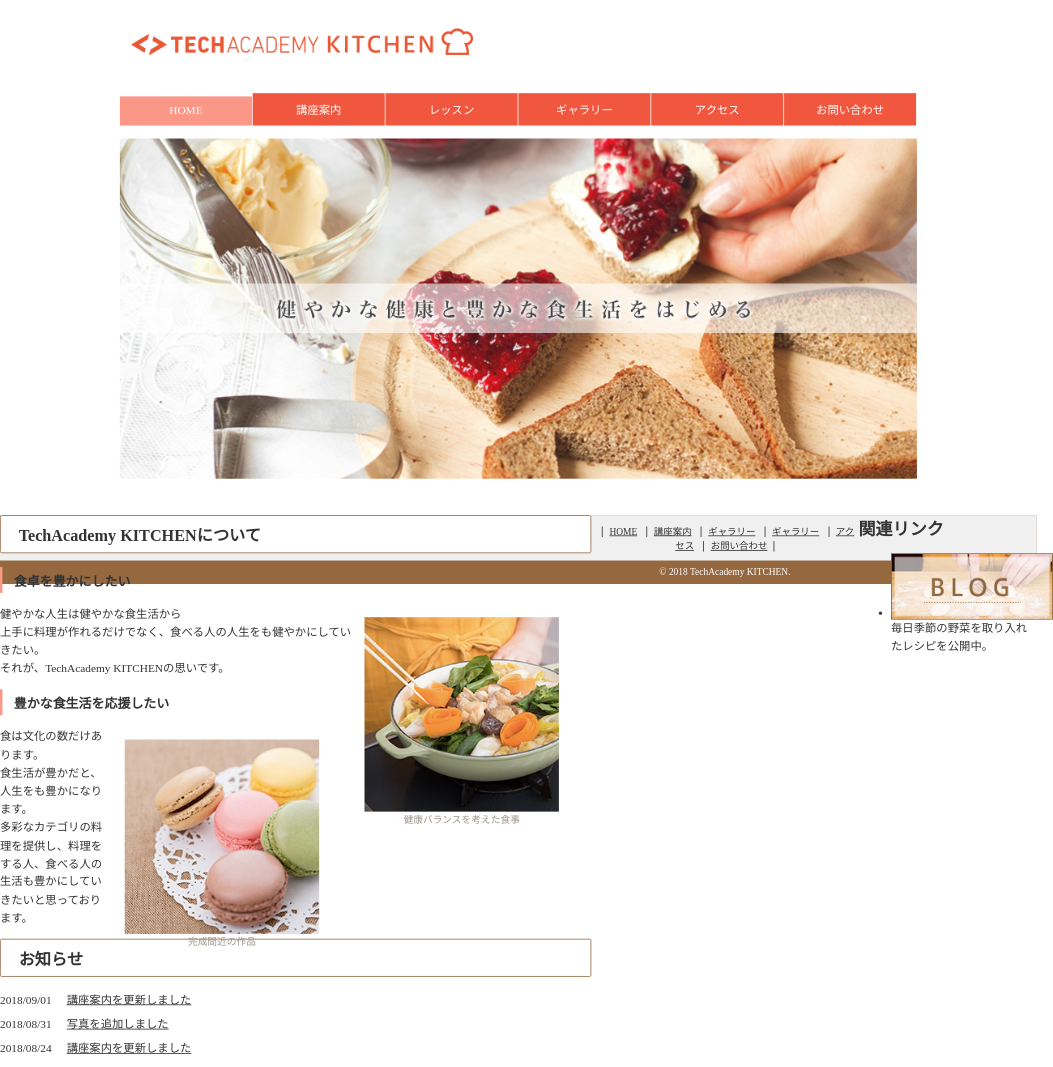
Repository: TS1234567/message-board2
Page: kitchen.html
The author's editor kept a record of every edit. The page is drawn from the files as they stood at one moment, then again after the next edit.
The browser window is 1280 px wide. The page is 1300 px wide, so the pictures cover 1300 px, including what lies to the right of the window. The pictures show the whole page, at 81% of full size.

Above is the page before.

### kitchen.html
<!DOCTYPE html>
<html lang="ja">
    <head>
        <meta charset="UTF-8">
        <title>TechAcademy KTCHEN</title>
        <link rel="stylesheet" href="kitchen.css">
    </head>
    <body>

        <header>
            <h1><a href="kitchen.html"><img src="images_kitchen/logo.png" alt="TechAcademy KITCHEN"></a></h1>
            <nav id="global_navi">
                <ul>
                    <li class="current"><a href="kitchen.html">HOME</a></li>
                    <li><a href="course.html">講座案内</a></li>
                    <li><a href="lesson.html">レッスン</a></li>
                    <li><a href="gallery.html">ギャラリー</a></li>
                    <li><a href="access.html">アクセス</a></li>
                    <li><a href="contact.html">お問い合わせ</a></li>
                </ul>
            </nav>
        </header>
        <div id="main_visual">
            <img src="images_kitchen/main_visual.jpg" alt="健やかな健康と豊かな食生活をはじめる">
        </div>
        <div id="wrappeer">
            <div id="main">
                <section id="point">
                <h2>TechAcademy KITCHENについて</h2>
                <section>
                    <h3>食卓を豊かにしたい</h3>
                        <figure>
                            <img src="images_kitchen/photo01.jpg" alt="TechAcademy KITCHENについて1">
                            <figcaption>健康バランスを考えた食事</figcaption>
                        </figure>
                        <p>
                            健やかな人生は健やかな食生活から<br>
                            上手に料理が作れるだけでなく、食べる人の人生をも健やかにしていきたい。<br>
                            それが、TechAcademy KITCHENの思いです。
                        </p>
                </section>
                <section>
                    <h3>豊かな食生活を応援したい</h3>
                    <figure>
                        <img src="images_kitchen/photo02.jpg" alt="TechAcademy KITCHENについて2">
                        <figcaption>完成間近の作品</figcaption>
                    </figure>
                    <p>
                       食は文化の数だけあります。<br>
                       食生活が豊かだと、人生をも豊かになります。<br>
                       多彩なカテゴリの料理を提供し、料理をする人、食べる人の生活も豊かにしていきたいと思っております。
                    </p>
                </section>
                </section>
                <section id="news">
                    <h2>お知らせ</h2>
                    <ul>
                        <li>
                            <span>2018/09/01</span>
                            <a href="course.html">講座案内を更新しました</a>
                        </li>
                        <li>
                            <span>2018/08/31</span>
                            <a href="gallery.html">写真を追加しました</a>
                        </li>
                        <li>
                            <span>2018/08/24</span>
                            <a href="course.html">講座案内を更新しました</a>
                        </li>
                    </ul>
                </section>
            </div>
            <aside id="sidebar">
                <section id="side_baner">
                    <h2>関連リンク</h2>
                    <ul>
                        <li>
                            <a href="https://techacademy.jp/magazine/" target="_blank"><img src="images_kitchen/banner01.jpg" alt="ブログ"></a>
                            <p>毎日季節の野菜を取り入れたレシピを公開中。</p>
                        </li>
                    </ul>
                </section>
            </aside>

        </div>
        <footer>
            <div id="footer_navi">
                <ul>
                    <li><a href="kitchen.html">HOME</a></li>
                    <li><a href="course.html">講座案内</a></li>
                    <li><a href="lesson.html">ギャラリー</a></li>
                    <li><a href="gallery.html">ギャラリー</a></li>
                    <li><a href="access.html">アクセス</a></li>
                    <li><a href="contact.html">お問い合わせ</a></li>
                </ul>
            </div>
            <small>&copy; 2018 TechAcademy KITCHEN.</small>
        </footer>
    </body>
</html>

### kitchen.css
@charset "UTF-8";

body {
    margin: 0;
    padding: 0;
    color: #333;
    font-size: 14px;
}

a {
    color: #333;
}

a:visited {
    color: #333;
}

a:hover {
    color: #333;
    font-weight: 700;
    text-decoration: none;
}

h1,h2,h3,h4,h5,h6 {
    margin-top: 0;
}

p {
    margin-top: 0;
    line-height: 1.6;
}

img {
    vertical-align: bottom;
}

#main h2 {
    background: #fff;
    font-size: 20px;
    padding: 8px 22px;
    border-radius: 2px;
    border: 1px solid #956840;
}

#main h3 {
    font-size: 16px;
    border-left: solid 3px #fa9786;
    padding: 4px 9px 4px 14px;
}

header {
    width: 984px;
    margin: 0 auto;
}

header h1 {
    margin: 5px 0 10px;
}

#global_navi {
    margin-bottom: 16px;
}

#global_navi ul {
    font-size: 0;
    list-style: none;
    margin: 0;
    padding: 0;
}

#global_navi ul li {
    font-size: 14px;
    display: inline-block;
    width: 163px;
    margin-right: 1px;
    text-align: center;
}

#global_navi ul li a {
    display: block;
    padding: 10px 16px;
    background-color: #f0573e;
    color: #fff;
    text-decoration: none;
    transition: background-color .2s linear;
}

#global_navi ul li.current a {
    background-color: #fa9786;
}

#global_navi ul li a:hover {
    background-color: #fa9786;
}

#main_visual {
    width: 984px;
    height: 440px;
    margin: 0 auto 25px;
}

#wrapper {
    width: 984px;
    margin: 0 auto;
}

#main {
    width: 730px;
    float: left;
}

#sidebar {
    width: 220px;
    float: right;
}

.clearfix::after {
    content: '';
    display: block;
    clear: both;
}

#point figure {
    float: right;
    margin-left: 16px;
}

#point figcaption {
    font-size: 12px;
    color: #9C9689;
    text-align: center;
}

#news ul {
    list-style: none;
    padding: 0;
}

#news li {
    margin-bottom: 10px;
}

#news li a {
    margin-left: 15px;
}

#side_banner ul {
    list-style: none;
    padding: 0;
}

#side_banner {
    margin-bottom: 30px;
    border: 1px solid #956840;
    text-align: center;
}

#side_banner h2 {
    background-color: #956840;
    color: #fff;
    padding: 7px;
    font-size: 14px;
    text-align: center;
}

footer #footer_navi ul {
    list-style: none;
    margin: 0;
    padding: 0;
    text-align: center;
}

footer {
    background-color: #956840;
    text-align: center;
}

footer #footer_navi {
    background-color : #f0f0f0;
    padding: 10px 0;
}

footer #footer_navi li {
    display: inline;
    border-left: solid 1px #333;
    margin-left: 8px;
    padding-left: 8px;
    font-size: smaller;
}

footer #footer_navi li:last-child {
    border-right: solid 1px #333;
    padding: 0 8px;
}

footer small {
    display: block;
    padding: 8px 0;
    color: #fff;
}

After the next edit:
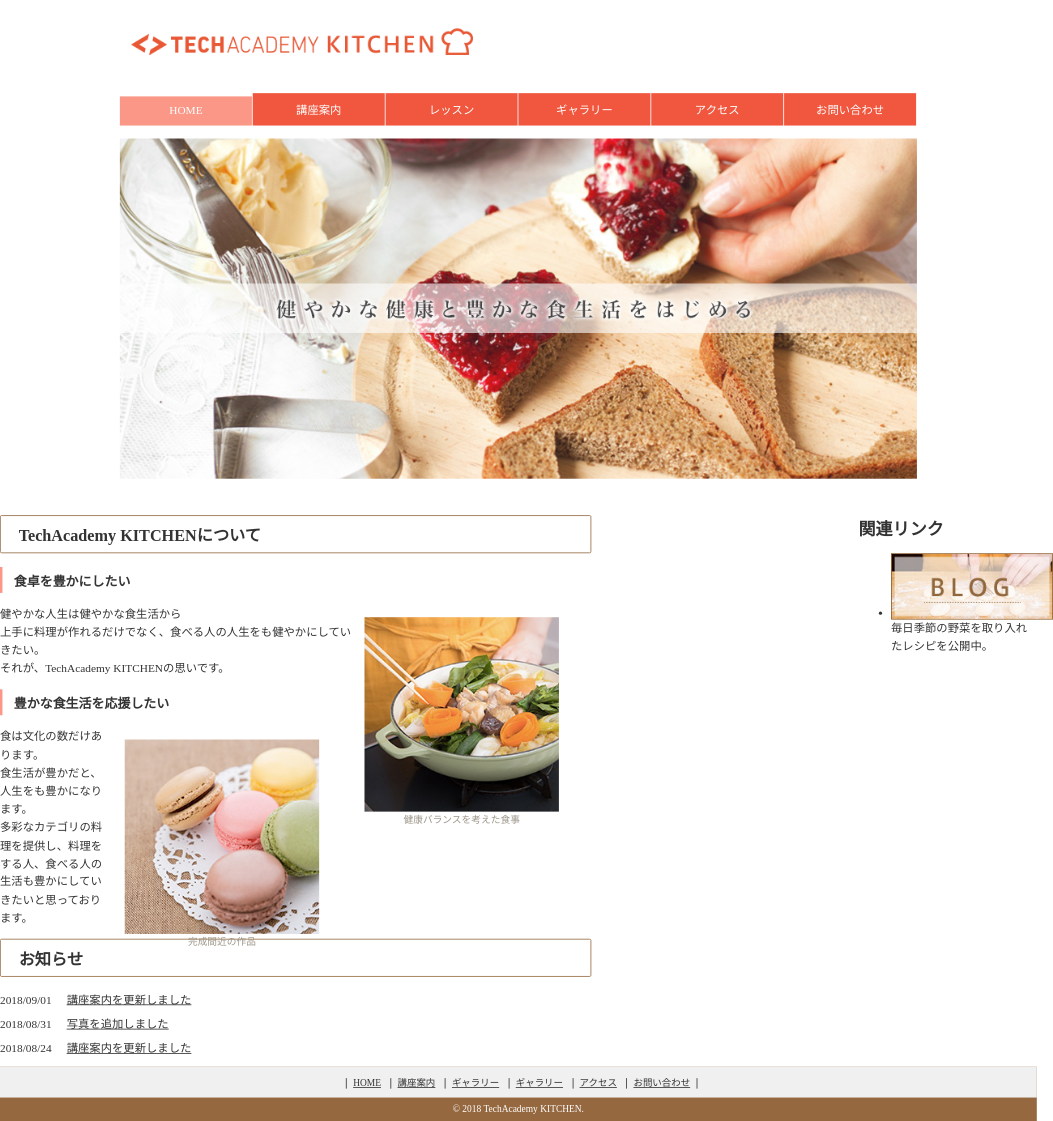
The edit:
--- a/kitchen.html
+++ b/kitchen.html
@@ -23,7 +23,7 @@
         <div id="main_visual">
             <img src="images_kitchen/main_visual.jpg" alt="健やかな健康と豊かな食生活をはじめる">
         </div>
-        <div id="wrappeer">
+        <div id="wrappeer" class="clearfix">
             <div id="main">
                 <section id="point">
                 <h2>TechAcademy KITCHENについて</h2>
